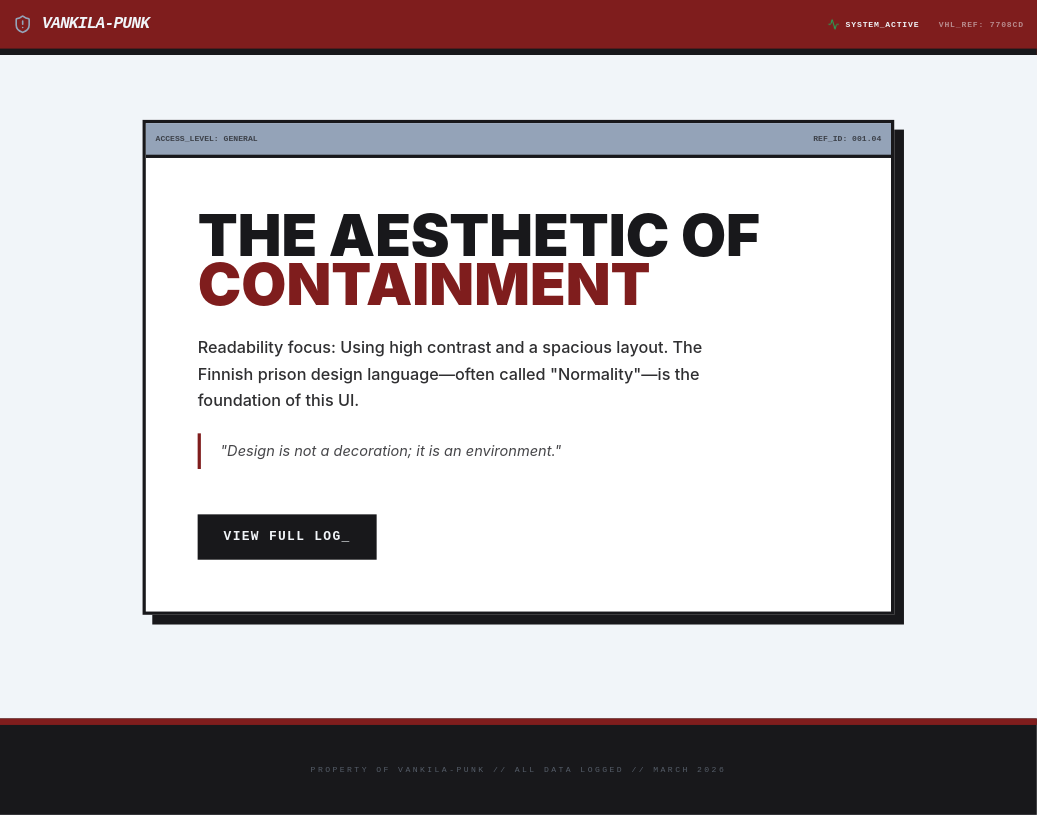
Repository: yoshimario/vankila-punk
Page: /
These files come from the project's save history. The page is drawn as it stood at one moment and after the next save; the edit follows.
The browser window is 1280 px wide. The pictures show the whole page, at 81% of full size.
The project was rebuilt for these pictures with package versions that can differ from the ones it lists, and the page was loaded fresh each time. Also part of the build but not shown: vite.config.ts.

Above is the page before, as saved 2026-03-24 00:22:56.

After the next save:
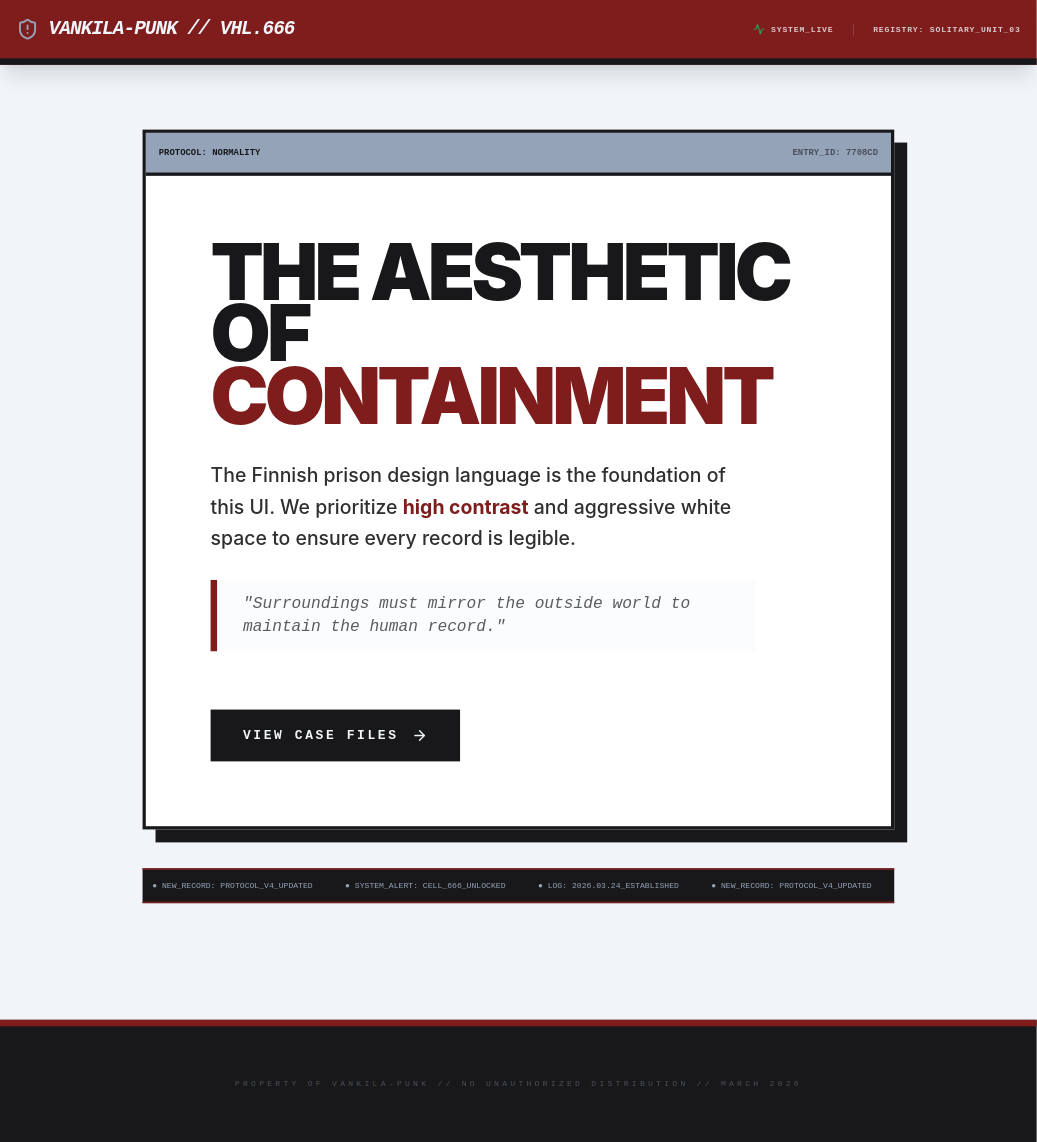
Saved 54 s later.
--- a/src/App.tsx
+++ b/src/App.tsx
@@ -1,75 +1,91 @@
 import { useState } from "react";
 import { SolitaryDoor } from "./components/Intro/SolitaryDoor";
-import { ShieldAlert, Activity, FileText } from "lucide-react";
+import { ShieldAlert, Activity, ArrowRight } from "lucide-react";
 
 export default function App() {
   const [isEntryComplete, setEntryComplete] = useState(false);
 
   return (
-    <div className="min-h-screen bg-vhl-linen font-sans flex flex-col selection:bg-vhl-maroon selection:text-white">
-      {/* 1. THE DOOR: Only shows while entry is NOT complete */}
+    <div className="min-h-screen bg-vhl-linen font-sans flex flex-col overflow-x-hidden selection:bg-vhl-maroon selection:text-white">
+
+      {/* 1. THE INTRO: Solitary Door logic */}
       {!isEntryComplete && (
         <SolitaryDoor onComplete={() => setEntryComplete(true)} />
       )}
 
-      {/* 2. THE HEADER: Matches the red 'yoke' top bar */}
-      <header className="bg-vhl-maroon text-vhl-linen p-4 border-b-8 border-vhl-lead flex justify-between items-center sticky top-0 z-40">
+      {/* 2. THE HEADER: The 'Maroon Yoke' layout */}
+      <header className="bg-vhl-maroon text-vhl-linen p-5 border-b-8 border-vhl-lead flex justify-between items-center sticky top-0 z-40 shadow-xl">
         <div className="flex items-center gap-3">
-          <ShieldAlert size={24} className="text-vhl-grey" />
-          <h1 className="font-mono font-black text-xl tracking-tighter uppercase italic">
-            Vankila-Punk
+          <ShieldAlert size={28} className="text-vhl-grey" />
+          <h1 className="font-mono font-black text-2xl tracking-tighter uppercase italic">
+            Vankila-Punk // VHL.666
           </h1>
         </div>
-        <div className="flex items-center gap-6 font-mono text-[10px] font-bold uppercase tracking-widest">
+
+        <div className="flex items-center gap-6 font-mono text-[10px] font-bold uppercase tracking-widest text-vhl-linen/80">
           <span className="flex items-center gap-2">
             <Activity size={14} className="animate-pulse text-green-400" />
-            System_Active
+            System_Live
           </span>
-          <span className="opacity-50">VHL_REF: 7708CD</span>
+          <span className="hidden md:inline border-l border-vhl-linen/20 pl-6">
+            Registry: Solitary_Unit_03
+          </span>
         </div>
       </header>
 
-      {/* 3. THE MAIN SITE: Restored to look like your screenshot */}
+      {/* 3. THE CONTENT: High-Readability Focus */}
       <main className="flex-grow max-w-5xl mx-auto w-full p-6 md:p-12 lg:pt-20">
-        <section className="bg-white border-4 border-vhl-lead shadow-[12px_12px_0px_0px_rgba(24,24,27,1)] overflow-hidden">
-          {/* Card Top Info Bar (Grey) */}
-          <div className="bg-vhl-grey p-3 border-b-4 border-vhl-lead flex justify-between font-mono text-[10px] font-black uppercase text-vhl-lead/70">
-            <span>Access_Level: General</span>
-            <span>Ref_ID: 001.04</span>
+
+        {/* Main Post Card */}
+        <section className="bg-white border-4 border-vhl-lead shadow-[16px_16px_0px_0px_rgba(24,24,27,1)] overflow-hidden">
+
+          {/* Card Meta-Bar */}
+          <div className="bg-vhl-grey p-4 border-b-4 border-vhl-lead flex justify-between font-mono text-[11px] font-black uppercase text-vhl-lead">
+            <span>Protocol: Normality</span>
+            <span className="opacity-60">Entry_ID: 7708CD</span>
           </div>
 
-          <div className="p-8 md:p-16">
-            <h2 className="text-5xl md:text-7xl font-black text-vhl-lead uppercase leading-[0.85] mb-8">
-              The Aesthetic of <br />
-              <span className="text-vhl-maroon">Containment</span>
+          <div className="p-8 md:p-20">
+            <h2 className="text-6xl md:text-8xl font-black text-vhl-lead uppercase leading-[0.8] mb-10 tracking-tighter">
+              The Aesthetic <br/>
+              Of <span className="text-vhl-maroon">Containment</span>
             </h2>
 
-            <div className="max-w-2xl space-y-6">
-              <p className="text-lg md:text-xl font-medium leading-relaxed text-vhl-lead/90">
-                Readability focus: Using high contrast and a spacious layout.
-                The Finnish prison design language—often called "Normality"—is
-                the foundation of this UI.
+            <div className="max-w-2xl space-y-8">
+              <p className="text-xl md:text-2xl font-medium leading-relaxed text-vhl-lead/90 antialiased">
+                The Finnish prison design language is the foundation of this UI.
+                We prioritize <strong className="text-vhl-maroon">high contrast</strong> and
+                aggressive white space to ensure every record is legible.
               </p>
 
-              <div className="border-l-4 border-vhl-maroon pl-6 py-2">
-                <p className="italic text-vhl-lead/80 text-lg">
-                  "Design is not a decoration; it is an environment."
+              <div className="border-l-8 border-vhl-maroon pl-8 py-4 bg-vhl-linen/30">
+                <p className="italic text-vhl-lead/70 text-xl font-mono">
+                  "Surroundings must mirror the outside world to maintain the human record."
                 </p>
               </div>
 
-              <div className="pt-8">
-                <button className="bg-vhl-lead text-vhl-linen px-8 py-4 font-mono font-bold uppercase tracking-widest hover:bg-vhl-maroon transition-colors flex items-center gap-3">
-                  View Full Log_
+              <div className="pt-10">
+                <button className="group bg-vhl-lead text-vhl-linen px-10 py-5 font-mono font-black uppercase tracking-[0.2em] hover:bg-vhl-maroon transition-all flex items-center gap-4 active:scale-95">
+                  View Case Files
+                  <ArrowRight size={20} className="group-hover:translate-x-2 transition-transform" />
                 </button>
               </div>
             </div>
           </div>
         </section>
+
+        {/* Dynamic Update Ticker */}
+        <div className="mt-12 bg-vhl-lead text-vhl-grey p-3 font-mono text-[10px] uppercase flex gap-10 overflow-hidden whitespace-nowrap border-y-2 border-vhl-maroon">
+          <span className="flex gap-2">● NEW_RECORD: Protocol_v4_Updated</span>
+          <span className="flex gap-2">● SYSTEM_ALERT: Cell_666_Unlocked</span>
+          <span className="flex gap-2">● LOG: 2026.03.24_Established</span>
+          <span className="flex gap-2">● NEW_RECORD: Protocol_v4_Updated</span>
+        </div>
       </main>
 
-      {/* 4. THE FOOTER: Restored dark wide bar */}
-      <footer className="bg-vhl-lead text-vhl-grey/50 p-12 mt-20 font-mono text-[10px] uppercase tracking-[0.3em] text-center border-t-8 border-vhl-maroon">
-        Property of Vankila-Punk // All Data Logged // March 2026
+      {/* 4. THE FOOTER: Heavy wide-bar */}
+      <footer className="bg-vhl-lead text-vhl-grey/40 p-16 mt-24 font-mono text-[10px] uppercase tracking-[0.4em] text-center border-t-8 border-vhl-maroon">
+        Property of Vankila-Punk // No Unauthorized Distribution // March 2026
       </footer>
     </div>
   );
